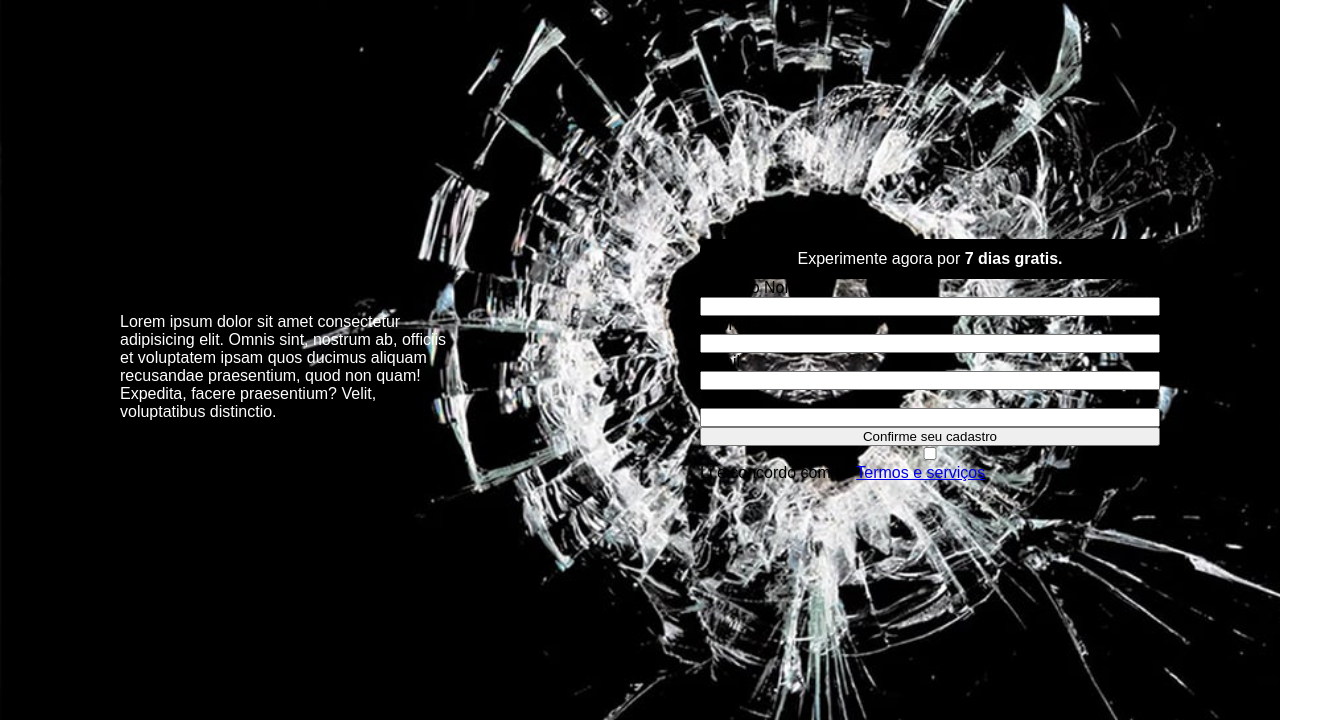
Repository: analessp/tela-login
Page: index.html
These files come from the project's save history. The page is drawn as it stood at one moment and after the next save; the edit follows.
The browser window is 1280 px wide. The page is 1280 px wide, then 1323 px, so the pictures cover 1323 px, including what lies to the right of the window. The pictures show the whole page.
Some web fonts or font styles are not loaded; a fallback is used.

Above is the page before, as saved 2025-04-16 09:36:25.

After the next save:
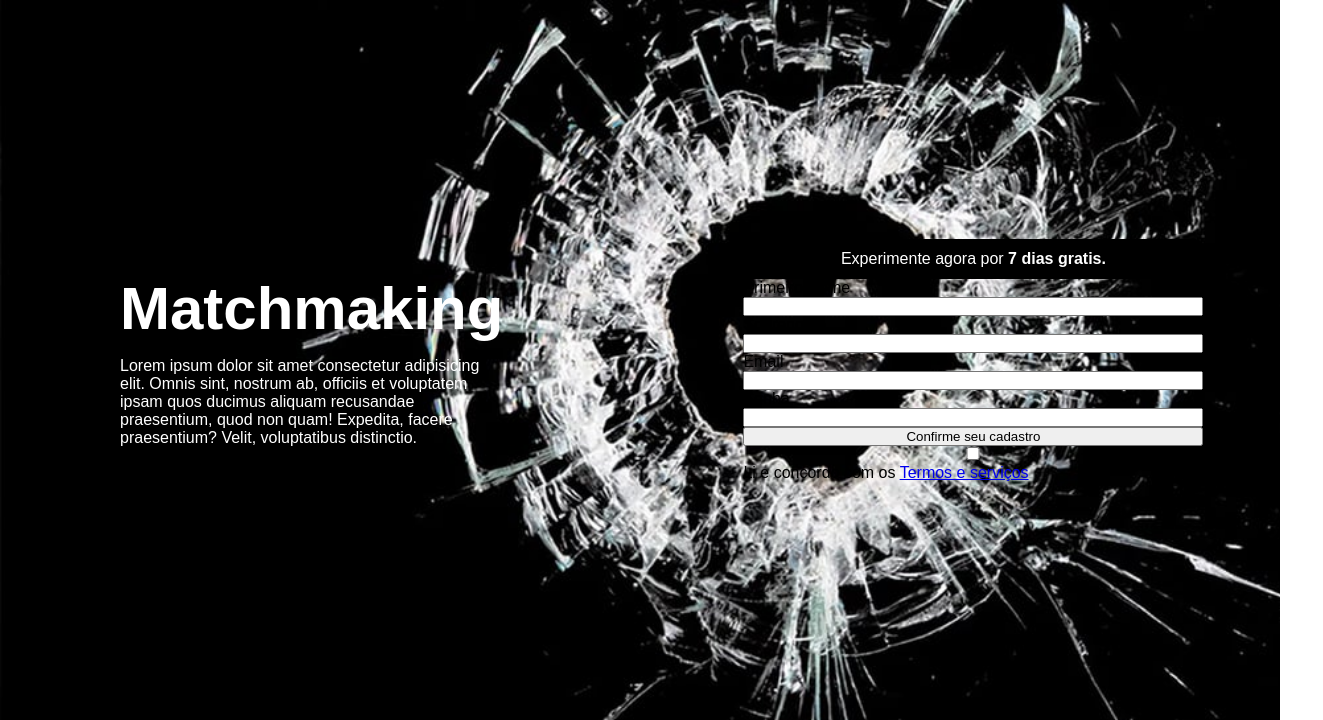
Saved 2 s later.
--- a/index.html
+++ b/index.html
@@ -12,7 +12,7 @@
   <body>
     <main>
       <div class="container-left">
-        <h1></h1>
+        <h1>Matchmaking</h1>
         <p>Lorem ipsum dolor sit amet consectetur adipisicing elit. Omnis sint, nostrum ab, officiis et voluptatem ipsam quos ducimus aliquam recusandae praesentium, quod non quam! Expedita, facere praesentium? Velit, voluptatibus distinctio.</p>
       </div>
       <div class="container-right">
